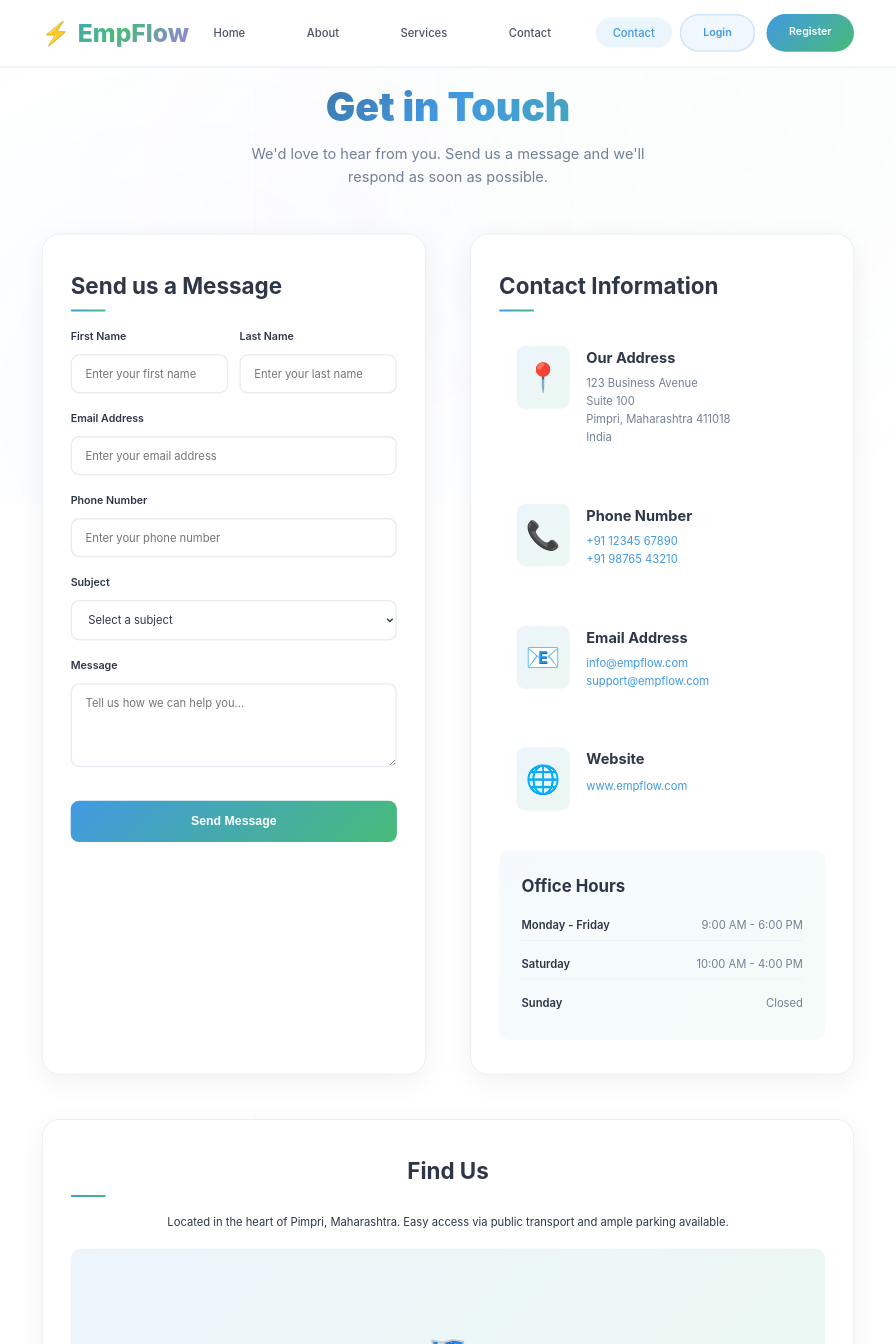
Repository: Shwetannarkhede/EmployeeHub
Page: EmployeeManagemntSystem/src/main/webapp/contact.html
The author's editor kept a copy of each file at every save. The page is drawn from the files as they stood at one save, then again after the next save.
The browser window is 1280 px wide. The pictures show the part of the page from y = 0 to 1920 px (the page is 2725 px tall), at 70% of full size.

Above is the page before, as saved 2025-09-21 16:29:17.

### EmployeeManagemntSystem/src/main/webapp/contact.html
<!DOCTYPE html>
<html lang="en">
<head>
    <meta charset="UTF-8">
    <meta name="viewport" content="width=device-width, initial-scale=1.0">
    <title>EmpFlow - Contact Us</title>
    <style>
        * {
            margin: 0;
            padding: 0;
            box-sizing: border-box;
        }

        body {
            font-family: 'Inter', -apple-system, BlinkMacSystemFont, 'Segoe UI', sans-serif;
            line-height: 1.6;
            color: #2d3748;
            background: #ffffff;
            min-height: 100vh;
            position: relative;
            overflow-x: hidden;
        }

        body::before {
            content: '';
            position: fixed;
            top: 0;
            left: 0;
            width: 100%;
            height: 100%;
            background: radial-gradient(circle at 20% 80%, rgba(66, 153, 225, 0.03) 0%, transparent 50%),
                        radial-gradient(circle at 80% 20%, rgba(72, 187, 120, 0.03) 0%, transparent 50%),
                        radial-gradient(circle at 40% 40%, rgba(159, 122, 234, 0.02) 0%, transparent 50%);
            z-index: -1;
        }

        .container {
            max-width: 1200px;
            margin: 0 auto;
            padding: 0 20px;
        }

        /* Header */
        header {
            background: rgba(255, 255, 255, 0.98);
            backdrop-filter: blur(20px);
            border-bottom: 1px solid rgba(226, 232, 240, 0.8);
            padding: 1.2rem 0;
            position: fixed;
            width: 100%;
            top: 0;
            z-index: 1000;
            box-shadow: 0 1px 3px rgba(0, 0, 0, 0.08);
        }

        nav {
            display: flex;
            justify-content: space-between;
            align-items: center;
        }

        .logo {
            font-size: 2.2rem;
            font-weight: 800;
            color: #2d3748;
            text-decoration: none;
            display: flex;
            align-items: center;
            gap: 0.7rem;
            background: linear-gradient(135deg, #4299e1, #48bb78, #9f7aea);
            -webkit-background-clip: text;
            -webkit-text-fill-color: transparent;
            background-clip: text;
        }

        .logo::before {
            content: "⚡";
            font-size: 2rem;
            -webkit-text-fill-color: #4299e1;
        }

        .nav-links {
            display: flex;
            list-style: none;
            gap: 2.5rem;
        }

        .nav-links a {
            color: #4a5568;
            text-decoration: none;
            transition: all 0.3s ease;
            padding: 0.7rem 1.5rem;
            border-radius: 50px;
            font-weight: 500;
            position: relative;
        }

        .nav-links a::before {
            content: '';
            position: absolute;
            top: 0;
            left: 0;
            width: 100%;
            height: 100%;
            background: linear-gradient(135deg, rgba(66, 153, 225, 0.08), rgba(72, 187, 120, 0.08));
            border-radius: 50px;
            opacity: 0;
            transition: opacity 0.3s ease;
        }

        .nav-links a:hover::before {
            opacity: 1;
        }

        .nav-links a:hover {
            color: #2d3748;
            transform: translateY(-2px);
        }

        .nav-links a.active {
            color: #4299e1;
            background: rgba(66, 153, 225, 0.1);
        }

        .auth-buttons {
            display: flex;
            gap: 1rem;
        }

        .btn-nav {
            padding: 0.8rem 2rem;
            border-radius: 50px;
            text-decoration: none;
            font-weight: 600;
            transition: all 0.3s cubic-bezier(0.4, 0, 0.2, 1);
            border: none;
            cursor: pointer;
            font-size: 0.95rem;
        }

        .btn-login {
            background: rgba(66, 153, 225, 0.08);
            color: #4299e1;
            border: 2px solid rgba(66, 153, 225, 0.2);
        }

        .btn-register {
            background: linear-gradient(135deg, #4299e1, #48bb78);
            color: #fff;
        }

        .btn-nav:hover {
            transform: translateY(-3px);
            box-shadow: 0 10px 25px rgba(0, 0, 0, 0.12);
        }

        /* Main Content */
        main {
            padding-top: 120px;
            padding-bottom: 60px;
        }

        .contact-hero {
            text-align: center;
            margin-bottom: 4rem;
            animation: fadeInUp 0.8s cubic-bezier(0.4, 0, 0.2, 1);
        }

        .contact-hero h1 {
            font-size: 3.5rem;
            font-weight: 900;
            margin-bottom: 1rem;
            background: linear-gradient(135deg, #2d3748, #4299e1, #48bb78);
            -webkit-background-clip: text;
            -webkit-text-fill-color: transparent;
            background-clip: text;
            line-height: 1.2;
        }

        .contact-hero p {
            font-size: 1.3rem;
            color: #718096;
            max-width: 600px;
            margin: 0 auto;
            line-height: 1.6;
        }

        .contact-content {
            display: grid;
            grid-template-columns: 1fr 1fr;
            gap: 4rem;
            margin-bottom: 4rem;
        }

        .contact-form-section {
            background: #ffffff;
            border-radius: 25px;
            padding: 3rem 2.5rem;
            border: 1px solid rgba(226, 232, 240, 0.8);
            box-shadow: 0 10px 40px rgba(0, 0, 0, 0.06);
            animation: fadeInUp 0.8s cubic-bezier(0.4, 0, 0.2, 1) 0.2s both;
        }

        .contact-info-section {
            background: #ffffff;
            border-radius: 25px;
            padding: 3rem 2.5rem;
            border: 1px solid rgba(226, 232, 240, 0.8);
            box-shadow: 0 10px 40px rgba(0, 0, 0, 0.06);
            animation: fadeInUp 0.8s cubic-bezier(0.4, 0, 0.2, 1) 0.4s both;
        }

        .section-title {
            font-size: 2rem;
            font-weight: 700;
            color: #2d3748;
            margin-bottom: 1.5rem;
            position: relative;
        }

        .section-title::after {
            content: '';
            display: block;
            width: 50px;
            height: 3px;
            background: linear-gradient(135deg, #4299e1, #48bb78);
            margin-top: 0.5rem;
            border-radius: 2px;
        }

        /* Contact Form */
        .contact-form {
            display: flex;
            flex-direction: column;
            gap: 1.5rem;
        }

        .form-row {
            display: flex;
            gap: 1rem;
        }

        .form-group {
            flex: 1;
            position: relative;
            transition: transform 0.3s ease;
        }

        .form-group:focus-within {
            transform: translateY(-2px);
        }

        .form-group label {
            display: block;
            margin-bottom: 0.8rem;
            color: #2d3748;
            font-weight: 600;
            font-size: 0.95rem;
        }

        .form-group input,
        .form-group textarea,
        .form-group select {
            width: 100%;
            padding: 1rem 1.2rem;
            border: 2px solid rgba(226, 232, 240, 0.8);
            border-radius: 12px;
            font-size: 1rem;
            transition: all 0.3s ease;
            background: #ffffff;
            color: #2d3748;
            font-family: inherit;
        }

        .form-group input:focus,
        .form-group textarea:focus,
        .form-group select:focus {
            outline: none;
            border-color: #4299e1;
            box-shadow: 0 0 0 3px rgba(66, 153, 225, 0.1);
            transform: translateY(-1px);
        }

        .form-group input:hover,
        .form-group textarea:hover,
        .form-group select:hover {
            border-color: #cbd5e0;
        }

        .form-group textarea {
            min-height: 120px;
            resize: vertical;
        }

        .submit-btn {
            background: linear-gradient(135deg, #4299e1, #48bb78);
            color: white;
            border: none;
            border-radius: 12px;
            padding: 1.2rem 2rem;
            font-size: 1.1rem;
            font-weight: 600;
            cursor: pointer;
            transition: all 0.3s cubic-bezier(0.4, 0, 0.2, 1);
            position: relative;
            overflow: hidden;
            margin-top: 1rem;
        }

        .submit-btn::before {
            content: '';
            position: absolute;
            top: 0;
            left: -100%;
            width: 100%;
            height: 100%;
            background: linear-gradient(90deg, transparent, rgba(255, 255, 255, 0.2), transparent);
            transition: left 0.5s ease;
        }

        .submit-btn:hover::before {
            left: 100%;
        }

        .submit-btn:hover {
            transform: translateY(-3px);
            box-shadow: 0 10px 25px rgba(66, 153, 225, 0.3);
        }

        .submit-btn:active {
            transform: translateY(0);
        }

        /* Contact Info */
        .contact-info {
            display: flex;
            flex-direction: column;
            gap: 2rem;
        }

        .info-item {
            display: flex;
            align-items: flex-start;
            gap: 1.5rem;
            padding: 1.5rem;
            border-radius: 15px;
            transition: all 0.3s ease;
            border: 1px solid transparent;
        }

        .info-item:hover {
            background: rgba(66, 153, 225, 0.02);
            border-color: rgba(66, 153, 225, 0.1);
            transform: translateY(-2px);
        }

        .info-icon {
            font-size: 2.5rem;
            min-width: 3rem;
            display: flex;
            align-items: center;
            justify-content: center;
            background: linear-gradient(135deg, rgba(66, 153, 225, 0.1), rgba(72, 187, 120, 0.1));
            border-radius: 12px;
            padding: 0.8rem;
        }

        .info-content h3 {
            font-size: 1.3rem;
            font-weight: 700;
            color: #2d3748;
            margin-bottom: 0.5rem;
        }

        .info-content p {
            color: #718096;
            line-height: 1.6;
        }

        .info-content a {
            color: #4299e1;
            text-decoration: none;
            transition: color 0.3s ease;
        }

        .info-content a:hover {
            color: #3182ce;
            text-decoration: underline;
        }

        /* Office Hours */
        .office-hours {
            background: linear-gradient(135deg, rgba(66, 153, 225, 0.05), rgba(72, 187, 120, 0.05));
            border-radius: 15px;
            padding: 2rem;
            margin-top: 2rem;
        }

        .office-hours h3 {
            font-size: 1.5rem;
            font-weight: 700;
            color: #2d3748;
            margin-bottom: 1rem;
        }

        .hours-list {
            display: flex;
            flex-direction: column;
            gap: 0.8rem;
        }

        .hours-item {
            display: flex;
            justify-content: space-between;
            align-items: center;
            padding: 0.5rem 0;
            border-bottom: 1px solid rgba(226, 232, 240, 0.5);
        }

        .hours-item:last-child {
            border-bottom: none;
        }

        .hours-day {
            font-weight: 600;
            color: #2d3748;
        }

        .hours-time {
            color: #718096;
        }

        /* Map Section */
        .map-section {
            grid-column: 1 / -1;
            background: #ffffff;
            border-radius: 25px;
            padding: 3rem 2.5rem;
            border: 1px solid rgba(226, 232, 240, 0.8);
            box-shadow: 0 10px 40px rgba(0, 0, 0, 0.06);
            text-align: center;
            animation: fadeInUp 0.8s cubic-bezier(0.4, 0, 0.2, 1) 0.6s both;
        }

        .map-placeholder {
            width: 100%;
            height: 300px;
            background: linear-gradient(135deg, rgba(66, 153, 225, 0.1), rgba(72, 187, 120, 0.1));
            border-radius: 15px;
            display: flex;
            align-items: center;
            justify-content: center;
            font-size: 3rem;
            color: #718096;
            margin-top: 1.5rem;
        }

        /* Footer */
        footer {
            background: rgba(45, 55, 72, 0.98);
            color: #fff;
            padding: 4rem 0 2rem;
            border-top: 1px solid rgba(226, 232, 240, 0.2);
            margin-top: 5rem;
        }

        .footer-content {
            display: grid;
            grid-template-columns: repeat(auto-fit, minmax(250px, 1fr));
            gap: 3rem;
            margin-bottom: 3rem;
        }

        .footer-section h4 {
            color: #4299e1;
            margin-bottom: 1.5rem;
            font-size: 1.3rem;
            font-weight: 700;
        }

        .footer-section p, .footer-section a {
            color: rgba(255, 255, 255, 0.8);
            text-decoration: none;
            line-height: 2;
            transition: color 0.3s ease;
        }

        .footer-section a:hover {
            color: #48bb78;
        }

        .footer-bottom {
            text-align: center;
            padding-top: 2rem;
            border-top: 1px solid rgba(255, 255, 255, 0.1);
            color: rgba(255, 255, 255, 0.6);
        }

        /* Animations */
        @keyframes fadeInUp {
            from {
                opacity: 0;
                transform: translateY(30px);
            }
            to {
                opacity: 1;
                transform: translateY(0);
            }
        }

        /* Responsive Design */
        @media (max-width: 768px) {
            .nav-links {
                display: none;
            }

            .auth-buttons {
                flex-direction: column;
                gap: 0.5rem;
            }

            .btn-nav {
                padding: 0.7rem 1.5rem;
                font-size: 0.9rem;
            }

            .contact-hero h1 {
                font-size: 2.5rem;
            }

            .contact-content {
                grid-template-columns: 1fr;
                gap: 2rem;
            }

            .contact-form-section,
            .contact-info-section {
                padding: 2rem 1.5rem;
            }

            .form-row {
                flex-direction: column;
                gap: 0;
            }

            .info-item {
                padding: 1rem;
            }

            .info-icon {
                font-size: 2rem;
                min-width: 2.5rem;
                padding: 0.6rem;
            }
        }

        @media (max-width: 480px) {
            .container {
                padding: 0 15px;
            }

            .contact-hero h1 {
                font-size: 2rem;
            }

            .contact-hero p {
                font-size: 1.1rem;
            }

            .contact-form-section,
            .contact-info-section {
                padding: 1.5rem 1rem;
            }

            .section-title {
                font-size: 1.5rem;
            }
        }
    </style>
</head>
<body>
    <header>
        <nav class="container">
            <a href="/" class="logo">EmpFlow</a>
            <ul class="nav-links">
               <p><a href="Home.html">Home</a></p>
                    <p><a href="about.html">About</a></p>
                    <p><a href="/services">Services</a></p>
                    <p><a href="contact.html">Contact</a></p>
                <li><a href="/contact" class="active">Contact</a></li>
            </ul>
            <div class="auth-buttons">
                <a href="/login" class="btn-nav btn-login">Login</a>
                <a href="/register" class="btn-nav btn-register">Register</a>
            </div>
        </nav>
    </header>

    <main>
        <div class="container">
            <div class="contact-hero">
                <h1>Get in Touch</h1>
                <p>We'd love to hear from you. Send us a message and we'll respond as soon as possible.</p>
            </div>

            <div class="contact-content">
                <div class="contact-form-section">
                    <h2 class="section-title">Send us a Message</h2>
                    <form class="contact-form" action="/contact" method="POST">
                        <div class="form-row">
                            <div class="form-group">
                                <label for="firstName">First Name</label>
                                <input type="text" id="firstName" name="firstName" placeholder="Enter your first name" required>
                            </div>
                            <div class="form-group">
                                <label for="lastName">Last Name</label>
                                <input type="text" id="lastName" name="lastName" placeholder="Enter your last name" required>
                            </div>
                        </div>

                        <div class="form-group">
                            <label for="email">Email Address</label>
                            <input type="email" id="email" name="email" placeholder="Enter your email address" required>
                        </div>

                        <div class="form-group">
                            <label for="phone">Phone Number</label>
                            <input type="tel" id="phone" name="phone" placeholder="Enter your phone number">
                        </div>

                        <div class="form-group">
                            <label for="subject">Subject</label>
                            <select id="subject" name="subject" required>
                                <option value="">Select a subject</option>
                                <option value="general">General Inquiry</option>
                                <option value="support">Technical Support</option>
                                <option value="billing">Billing Question</option>
                                <option value="partnership">Partnership</option>
                                <option value="other">Other</option>
                            </select>
                        </div>

                        <div class="form-group">
                            <label for="message">Message</label>
                            <textarea id="message" name="message" placeholder="Tell us how we can help you..." required></textarea>
                        </div>

                        <button type="submit" class="submit-btn">Send Message</button>
                    </form>
                </div>

                <div class="contact-info-section">
                    <h2 class="section-title">Contact Information</h2>
                    <div class="contact-info">
                        <div class="info-item">
                            <div class="info-icon">📍</div>
                            <div class="info-content">
                                <h3>Our Address</h3>
                                <p>123 Business Avenue<br>
                                   Suite 100<br>
                                   Pimpri, Maharashtra 411018<br>
                                   India</p>
                            </div>
                        </div>

                        <div class="info-item">
                            <div class="info-icon">📞</div>
                            <div class="info-content">
                                <h3>Phone Number</h3>
                                <p><a href="tel:+911234567890">+91 12345 67890</a><br>
                                   <a href="tel:+919876543210">+91 98765 43210</a></p>
                            </div>
                        </div>

                        <div class="info-item">
                            <div class="info-icon">📧</div>
                            <div class="info-content">
                                <h3>Email Address</h3>
                                <p><a href="mailto:info@empflow.com">info@empflow.com</a><br>
                                   <a href="mailto:support@empflow.com">support@empflow.com</a></p>
                            </div>
                        </div>

                        <div class="info-item">
                            <div class="info-icon">🌐</div>
                            <div class="info-content">
                                <h3>Website</h3>
                                <p><a href="https://empflow.com" target="_blank">www.empflow.com</a></p>
                            </div>
                        </div>
                    </div>

                    <div class="office-hours">
                        <h3>Office Hours</h3>
                        <div class="hours-list">
                            <div class="hours-item">
                                <span class="hours-day">Monday - Friday</span>
                                <span class="hours-time">9:00 AM - 6:00 PM</span>
                            </div>
                            <div class="hours-item">
                                <span class="hours-day">Saturday</span>
                                <span class="hours-time">10:00 AM - 4:00 PM</span>
                            </div>
                            <div class="hours-item">
                                <span class="hours-day">Sunday</span>
                                <span class="hours-time">Closed</span>
                            </div>
                        </div>
                    </div>
                </div>

                <div class="map-section">
                    <h2 class="section-title">Find Us</h2>
                    <p>Located in the heart of Pimpri, Maharashtra. Easy access via public transport and ample parking available.</p>
                    <div class="map-placeholder">
                        🗺️
                    </div>
                </div>
            </div>
        </div>
    </main>

    <!-- Footer -->
    <footer>
        <div class="container">
            <div class="footer-content">
                <div class="footer-section">
                    <h4>EmpFlow</h4>
                    <p>Empowering organizations with innovative employee management solutions.</p>
                </div>
                <div class="footer-section">
                    <h4>Quick Links</h4>
                    <p><a href="/">Home</a></p>
                    <p><a href="/about">About</a></p>
                    <p><a href="/services">Services</a></p>
                    <p><a href="/contact">Contact</a></p>
                </div>
                <div class="footer-section">
                    <h4>Support</h4>
                    <p><a href="/help">Help Center</a></p>
                    <p><a href="/documentation">Documentation</a></p>
                    <p><a href="/api">API Reference</a></p>
                </div>
                <div class="footer-section">
                    <h4>Contact</h4>
                    <p>info@empflow.com</p>
                    <p>+91 12345 67890</p>
                    <p>Pimpri, Maharashtra</p>
                </div>
            </div>
            <div class="footer-bottom">
                <p>&copy; 2024 EmpFlow. All rights reserved.</p>
            </div>
        </div>
    </footer>
</body>
</html>

After the next save:
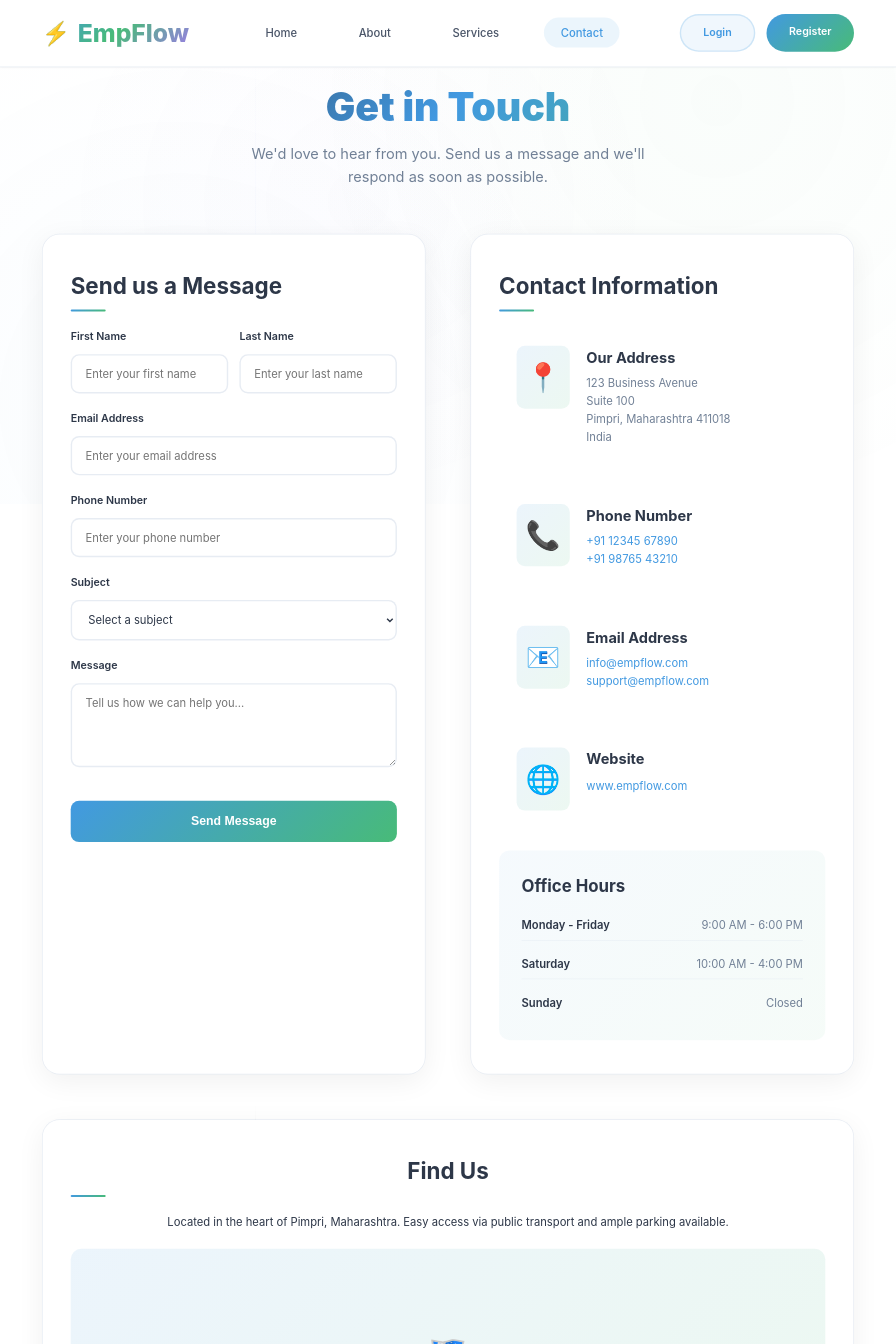
Saved 7 s later.
--- a/EmployeeManagemntSystem/src/main/webapp/contact.html
+++ b/EmployeeManagemntSystem/src/main/webapp/contact.html
@@ -586,7 +586,7 @@
                <p><a href="Home.html">Home</a></p>
                     <p><a href="about.html">About</a></p>
                     <p><a href="/services">Services</a></p>
-                    <p><a href="contact.html">Contact</a></p>
+
                 <li><a href="/contact" class="active">Contact</a></li>
             </ul>
             <div class="auth-buttons">
